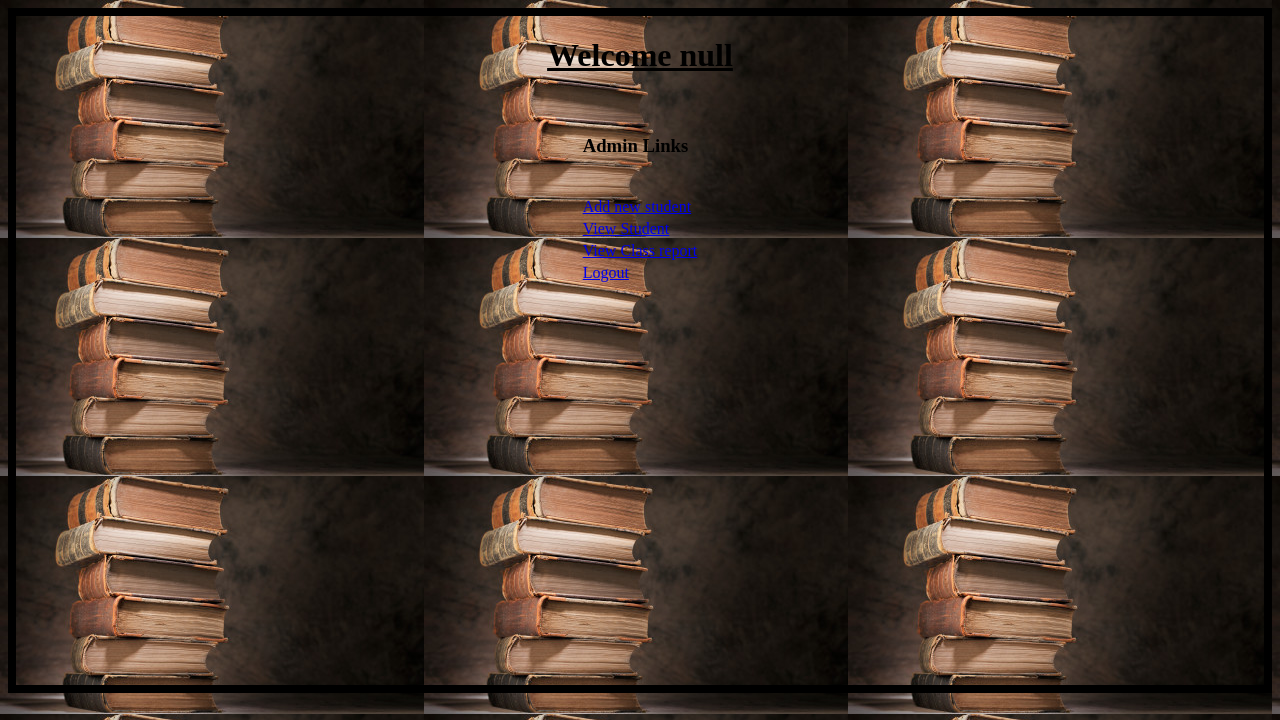
Repository: priyankagit8692/Phase_2_SimpliLearn-
Page: http://localhost/LearnerAcademyProject/MainHomePage.jsp
An editor plug-in stored every save of this project. The page is shown before and after the next save, followed by the edit.
The browser window is 1280 px wide. The pictures show the whole page.
The page is served by Tomcat 9. Other server files are loaded and not shown.

Above is the page before, as saved 2021-03-20 08:39:57.

### FinalProjectPhase2/LearnerAcademyProject/WebContent/MainHomePage.jsp
<%@ page contentType="text/html;charset=UTF-8" language="java" %>
<html>
<head>
    <title>Home Page</title>
</head>
<body background = "images/learner.jpg"  background-repeat="no-repeat"
  background-size= "100px" "100px">

<div align='center' style='border: solid 8px black; height: 95%'>
    <u><h1>Welcome <%= session.getAttribute("name")%></h1></u>
    <br><br>
    <table>
        <tr>
            <td><h3>Admin Links</h3><br></td>
        </tr>
        <tr>
            <td><a href="addStudent">Add new student</a></td>
        </tr>
        <tr>
            <td><a href="viewStudent">View Student</a></td>
        </tr>
        <tr>
            <td><a href="classReport">View Class report</a></td>
        </tr>
        <tr>
            <td><a href="logout.jsp">Logout</a></td>
        </tr>
    </table>
</div>
</body>
</html>

After the next save:
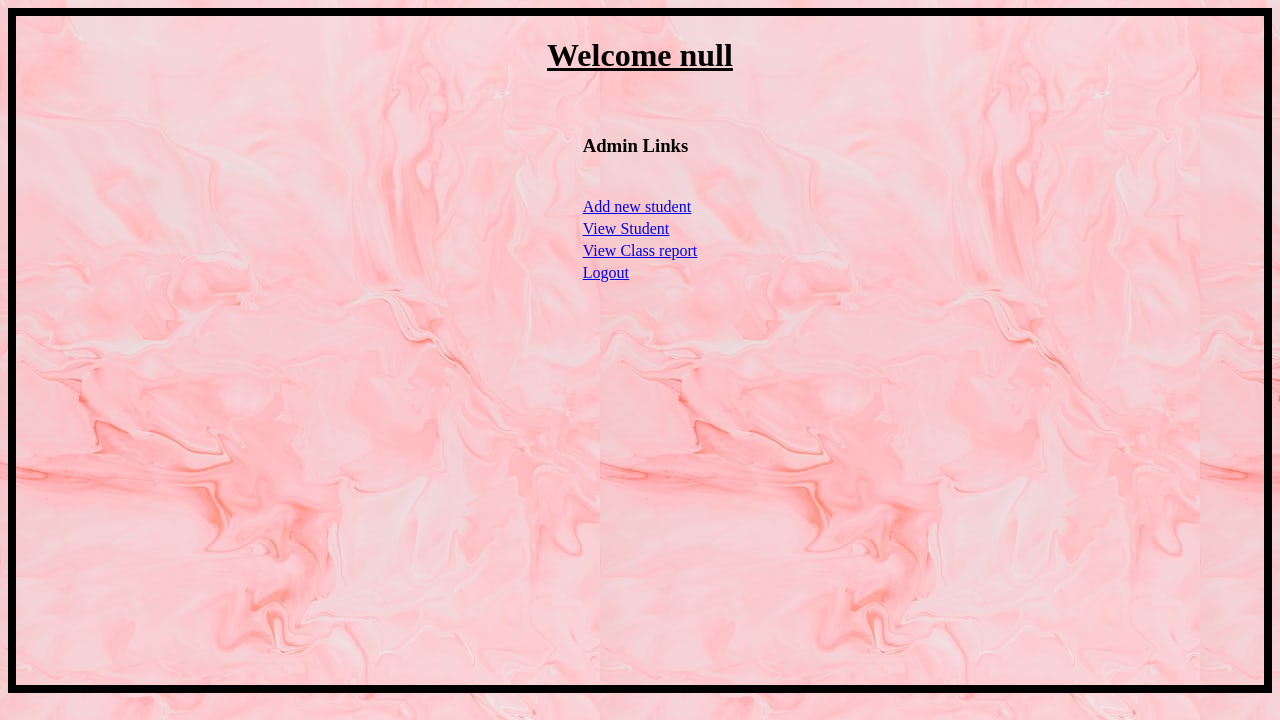
Saved 7 min 22 s later.
--- a/FinalProjectPhase2/LearnerAcademyProject/WebContent/MainHomePage.jsp
+++ b/FinalProjectPhase2/LearnerAcademyProject/WebContent/MainHomePage.jsp
@@ -3,7 +3,7 @@
 <head>
     <title>Home Page</title>
 </head>
-<body background = "images/learner.jpg"  background-repeat="no-repeat"
+<body background = "images/books.jpg"  background-repeat="no-repeat"
   background-size= "100px" "100px">
 
 <div align='center' style='border: solid 8px black; height: 95%'>
